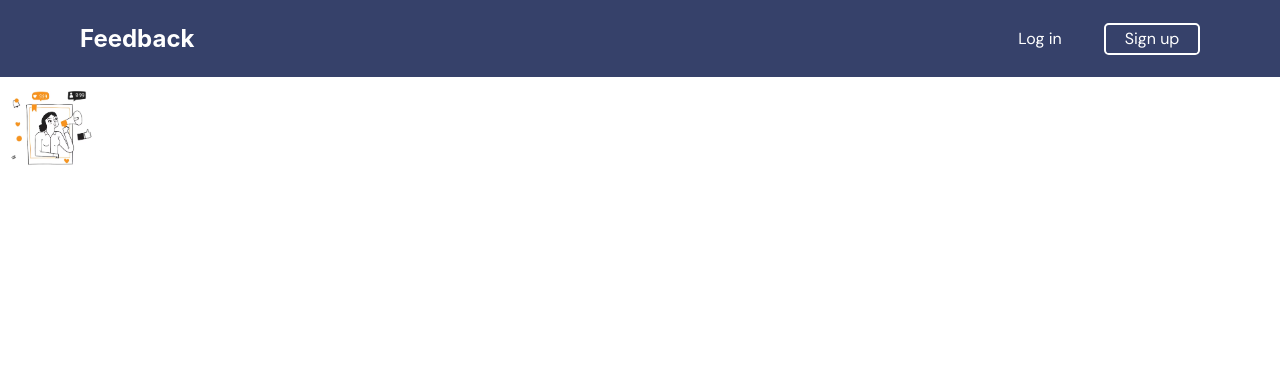
Repository: drumsmanku/final-evaluation-test
Page: / (app in client/)
The author's editor kept a copy of each file at every save. The page is drawn from the files as they stood at one save, then again after the next save.
The browser window is 1280 px wide. The pictures show the whole page.
The project was rebuilt for these pictures with package versions that can differ from the ones it lists, and the page was loaded fresh each time. Also part of the build but not shown: client/src/App.css.

Above is the page before, as saved 2023-07-27 21:58:09.

### client/src/App.js
import './App.css';
import { BrowserRouter as Router, Route, Routes} from 'react-router-dom';
import MainPage from './Components/MainPage';
function App() {
  return (
    <div className="App">
      <Router>
        <Routes>
          <Route path='/' element={<MainPage/>}/>


        </Routes>
      </Router>
    </div>
  );
}

export default App;

### client/src/Components/MainPage.js
import React, {useState, useEffect} from 'react';
import '../CSS/MainPage.css';
import profile from'../Assets/profilepic.webp';
import img1 from '../Assets/frontphoto.png'

function MainPage() {
  const [isLoggedIn, setIsLoggedIn]=useState(false);
  useEffect(()=>{
    const User=localStorage.getItem('user');
    if(User){
      setIsLoggedIn(true);
    }

  });
  const handleLogout=()=>{
    localStorage.removeItem('user');
    setIsLoggedIn(false);
  }


  return (
    <div className='main-container'>
      <div className="main-top-container">
        <div className='navbar' >
          <div style={{display:'flex',width:'100%', justifyContent:' space-between', alignItems:'center',}}>
          <h3 style={{marginLeft:'5rem', color:'white', fontSize:'1.5rem'}}>Feedback</h3>
          <div style={{display:'flex', marginRight:'5rem'}}>
              {isLoggedIn ? (
                <>
                  <button style={{background:'none', fontSize:'large', border:'none', fontFamily:'DM Sans', color:'white'}} onClick={handleLogout}>Logout</button>
                  <span style={{color:'white', fontFamily:'DM Sans', fontSize:'large', display:'flex', alignItems:'center', marginLeft:'1rem'}}>Hello!</span>
                  <img src={profile} alt="" height={50} width={50} style={{borderRadius:'100%', marginLeft:'1rem'}} />
                </>
              ) : (
                <>
                  <button className='btn-main-page-login' type='submit'  >Log in</button>
                  <button type='submit'  className='btn-main-page-register' >Sign up</button>
                </>
              )}
            </div>
          </div>
        </div>
        <div className="title-desc">
          <img src={img1} alt="" height={100}/>
        </div>
      </div>
      <div className="main-bottom-container"></div>
    </div>
  )
}

export default MainPage

### client/src/CSS/MainPage.css
@import url('https://fonts.googleapis.com/css2?family=DM+Sans&display=swap');

.main-container{
  height: 100vh;
  width: 100vw;
  display: flex;
  flex-direction: column;

}
.main-top-container{
  width: 100%;
}
.btn-main-page-login{
  height: 2rem;
  width: 6rem;
  font-weight: 500;
  font-size: medium ;
  background: none;
  border: none;
  border-radius: 0.3rem;
  margin-left: 1rem;
  margin-bottom:0;
  color: white;
  font-family: 'DM Sans';
  cursor: pointer;
}
.btn-main-page-register{
  height: 2rem;
  width: 6rem;
  font-size: medium;
  font-weight: 500;
  background-color: #36416A;
  border: 2px solid white;
  border-radius: 0.3rem;
  margin-left: 1rem;
  margin-bottom:0;
  color: white;
  font-family: 'DM Sans';
  cursor: pointer;
}
.navbar{
  width: 100%;
  background-color: #36416A;
}
.title-desc{
  width: 100%;
  display: flex;
}

Loaded but not shown: client/public/index.html (common file); client/src/index.js (common file); client/src/index.css (common file)

After the next save:
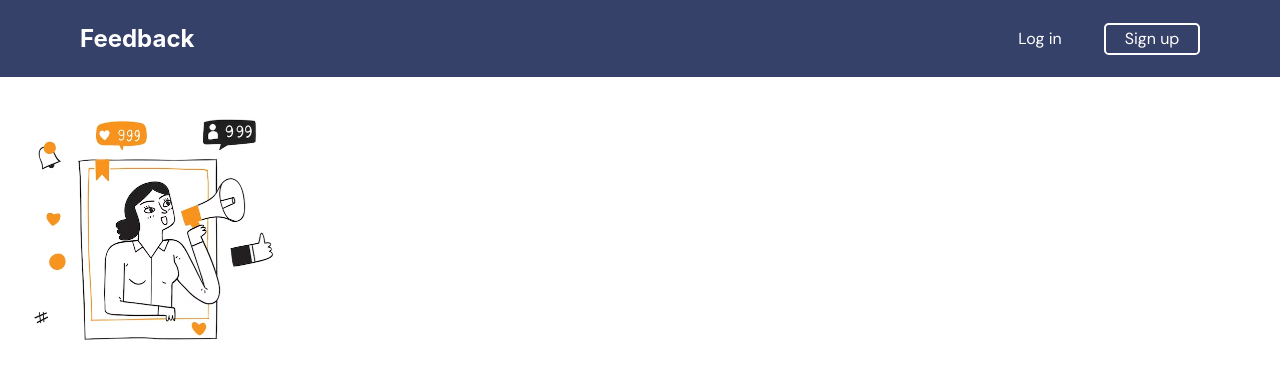
Saved 5 s later.
--- a/client/src/Components/MainPage.js
+++ b/client/src/Components/MainPage.js
@@ -41,7 +41,7 @@ function MainPage() {
           </div>
         </div>
         <div className="title-desc">
-          <img src={img1} alt="" height={100}/>
+          <img src={img1} alt="" height={300}/>
         </div>
       </div>
       <div className="main-bottom-container"></div>
